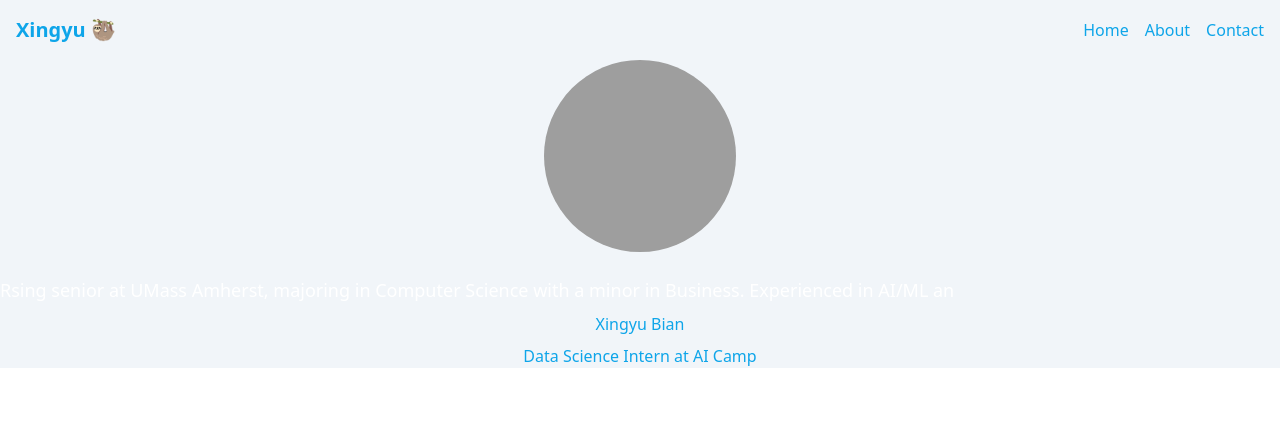
Repository: therealcyberlord/personal-portfolio
Page: /
These files come from the project's save history. The page is drawn as it stood at one moment and after the next save; the edit follows.
The browser window is 1280 px wide. The pictures show the whole page.
Pictures or frames that could not be fetched are drawn as grey boxes. The project was rebuilt for these pictures with package versions that can differ from the ones it lists, and the page was loaded fresh each time. Also part of the build but not shown: vite.config.ts, src/pages/About.tsx, src/pages/Contact.tsx.

Above is the page before, as saved 2023-07-22 23:55:05.

After the next save:
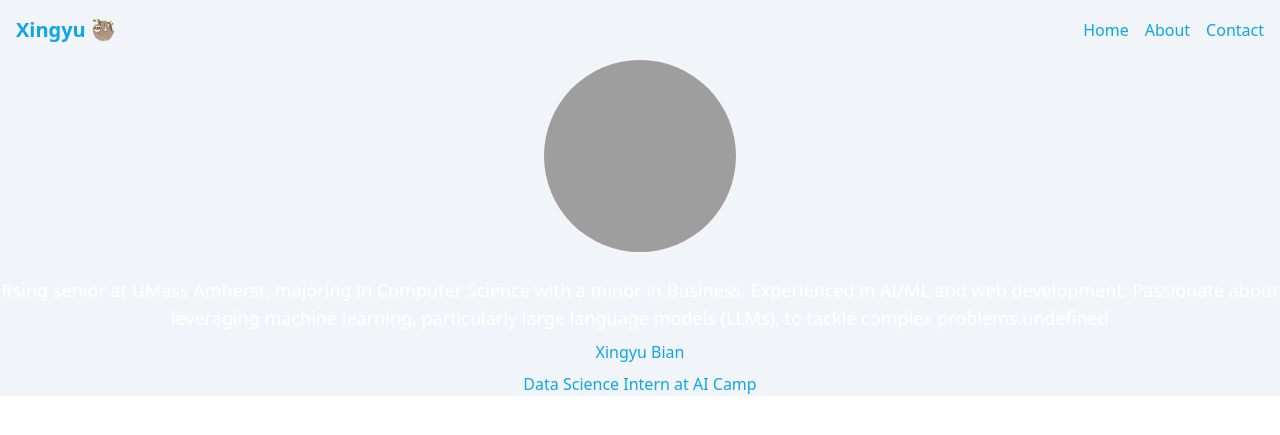
Saved 27 s later.
--- a/src/components/Profile.tsx
+++ b/src/components/Profile.tsx
@@ -24,7 +24,7 @@ const Profile: React.FC<ProfileProps> = ({
       } else {
         clearInterval(intervalId);
       }
-    }, 50);
+    }, 10);
 
     return () => {
       clearInterval(intervalId);
